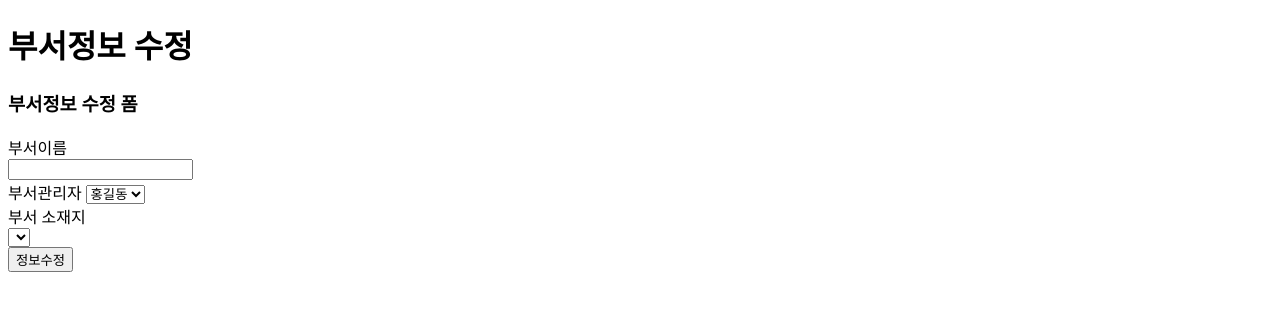
Repository: onuo77/ja_HTA
Page: http://localhost/sample/hr/dept/modifyform.jsp
The author's editor kept a copy of each file at every save. The page is drawn from the files as they stood at one save, then again after the next save.
The browser window is 1280 px wide. The pictures show the whole page.
The page is served by Tomcat 9. Other server files are loaded and not shown.

Above is the page before, as saved 2021-05-24 01:51:13.

### java-web/sample/src/main/webapp/hr/dept/modifyform.jsp
<%@ page language="java" contentType="text/html; charset=UTF-8"
    pageEncoding="UTF-8"%>
<!DOCTYPE html>
<html>
<head>
<meta charset="UTF-8">
<title>인사관리 :: 부서관리</title>
</head>
<body>
	<h1>부서정보 수정</h1>

	<h3>부서정보 수정 폼</h3>
	<form action="">
		<label>부서이름</label><br/>
		<input type="text" name="deptName" /><br/>
		<label>부서관리자</label>
		<select name="managerId">
			<option value="">홍길동</option>
		</select><br/>
		<label>부서 소재지</label><br/>
		<select name="locationId">
			<option value=""></option>
		</select><br/>
		<button type="submit">정보수정</button>

	</form>
</body>
</html>

After the next save:
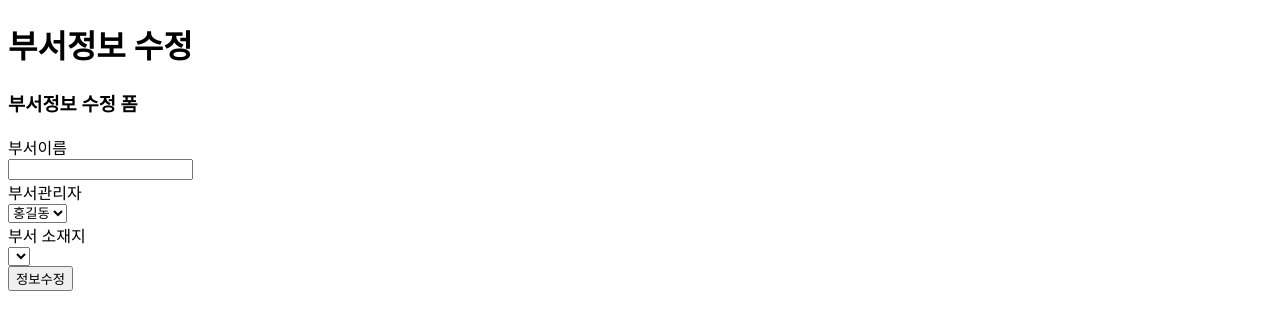
Saved 14 min 53 s later.
--- a/java-web/sample/src/main/webapp/hr/dept/modifyform.jsp
+++ b/java-web/sample/src/main/webapp/hr/dept/modifyform.jsp
@@ -13,7 +13,7 @@
 	<form action="">
 		<label>부서이름</label><br/>
 		<input type="text" name="deptName" /><br/>
-		<label>부서관리자</label>
+		<label>부서관리자</label><br/>
 		<select name="managerId">
 			<option value="">홍길동</option>
 		</select><br/>
